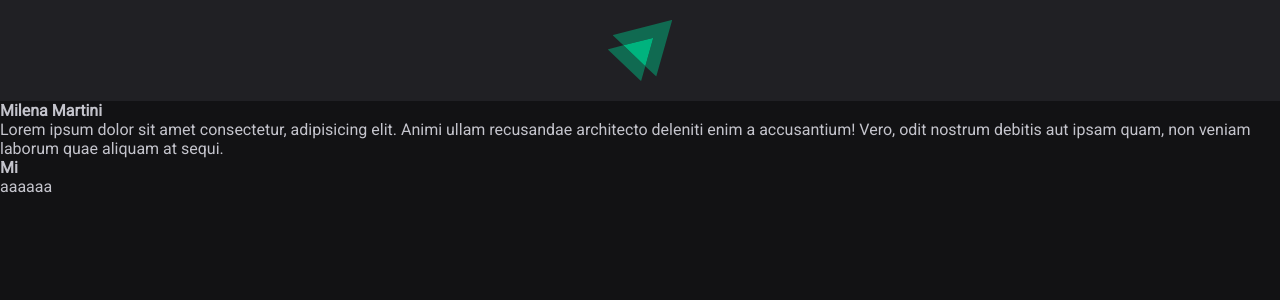
Repository: MilenaMartini/IgniteRckReactJs
Page: /
These files come from the project's save history. The page is drawn as it stood at one moment and after the next save; the edit follows.
The browser window is 1280 px wide. The pictures show the whole page.
The project was rebuilt for these pictures with package versions that can differ from the ones it lists, and the page was loaded fresh each time. Also part of the build but not shown: vite.config.js.

Above is the page before, as saved 2023-04-14 16:23:14.

### index.html
<!DOCTYPE html>
<html lang="en">
  <head>
    <meta charset="UTF-8" />
    <link rel="icon" type="image/svg+xml" href="/vite.svg" />
    <meta name="viewport" content="width=device-width, initial-scale=1.0" />
    <link rel="preconnect" href="https://fonts.googleapis.com">
<link rel="preconnect" href="https://fonts.gstatic.com" crossorigin>
<link href="https://fonts.googleapis.com/css2?family=Roboto:ital,wght@0,400;1,700&display=swap" rel="stylesheet">
    <title>Vite + React</title>
  </head>
  <body>
    <div id="root"></div>
    <script type="module" src="/src/main.jsx"></script>
  </body>
</html>

### src/App.jsx
import { Post } from "./Post"
import {Header} from "./components/Header"
import "./Global.css"

function App() {

  return (
    <div>
    <Header  />

   <Post
   author="Milena Martini"
   content="Lorem ipsum dolor sit amet consectetur, adipisicing elit. Animi ullam recusandae architecto deleniti enim a accusantium! Vero, odit nostrum debitis aut ipsam quam, non veniam laborum quae aliquam at sequi."
   />

   <Post
      author="Mi"
      content="aaaaaa"
    />
   </div>
  )
}
export default App

### src/Post.jsx
export function Post(props) {
  return (
  <div>
    <strong>{props.author}</strong>
    <p>{props.content}</p>
  </div>
    )
}

### src/components/Header.jsx
import React from "react";
import Style from './Header.module.css';
import igniteLogo from '../assets/ignite-logo.svg';

export function Header() {
  return(
  <header className={Style.header}>
    <img src={igniteLogo} alt="Logotipo"/>
  </header>

  );
}

### src/Global.css
:root {
  --white: #ffffff;
  --gray-100: #e1e1e6;
  --gray-300: #c4c4cc;
  --gray-400: #8d8d99;
  --gray-600: #323238;
  --gray-700: #29292e;
  --gray-800: #202024;
  --gray-900: #121214;

  --green-500: #00875f;

}

*{
  margin: 0;
  padding: 0;
  box-sizing: border-box;
}

body{
  background: var(--gray-900);
  color: var(--gray-300);
  -webkit-font-smoothing: antialised;
}

body, input, textarea, button {
  font-family: 'Roboto', sans-serif;
  font-weight: 400;
  font-size: 1rem;
}

### src/components/Header.module.css
.header{
    background: var(--gray-800);
    display: flex;
    justify-content: center;
    padding: 1.25rem 0;
}

.header img {
    height:
}

Loaded but not shown: src/main.jsx (common file)

After the next save:
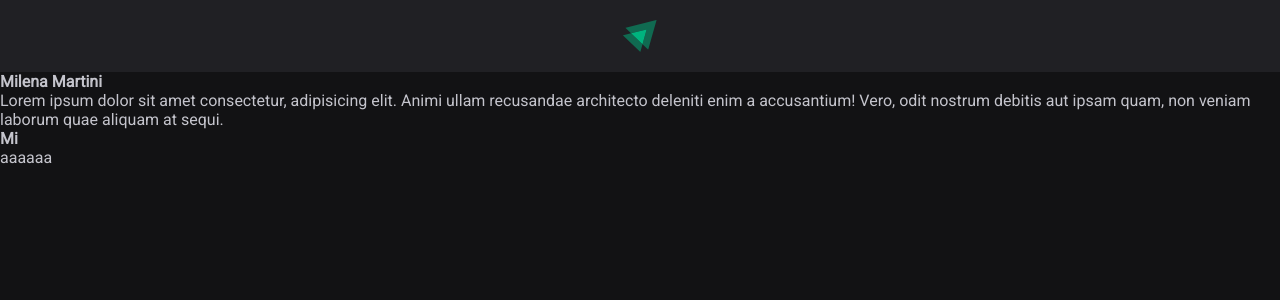
Saved 9 s later.
--- a/src/components/Header.module.css
+++ b/src/components/Header.module.css
@@ -6,5 +6,5 @@
 }
 
 .header img {
-    height:
+    height: 2rem;
 }
